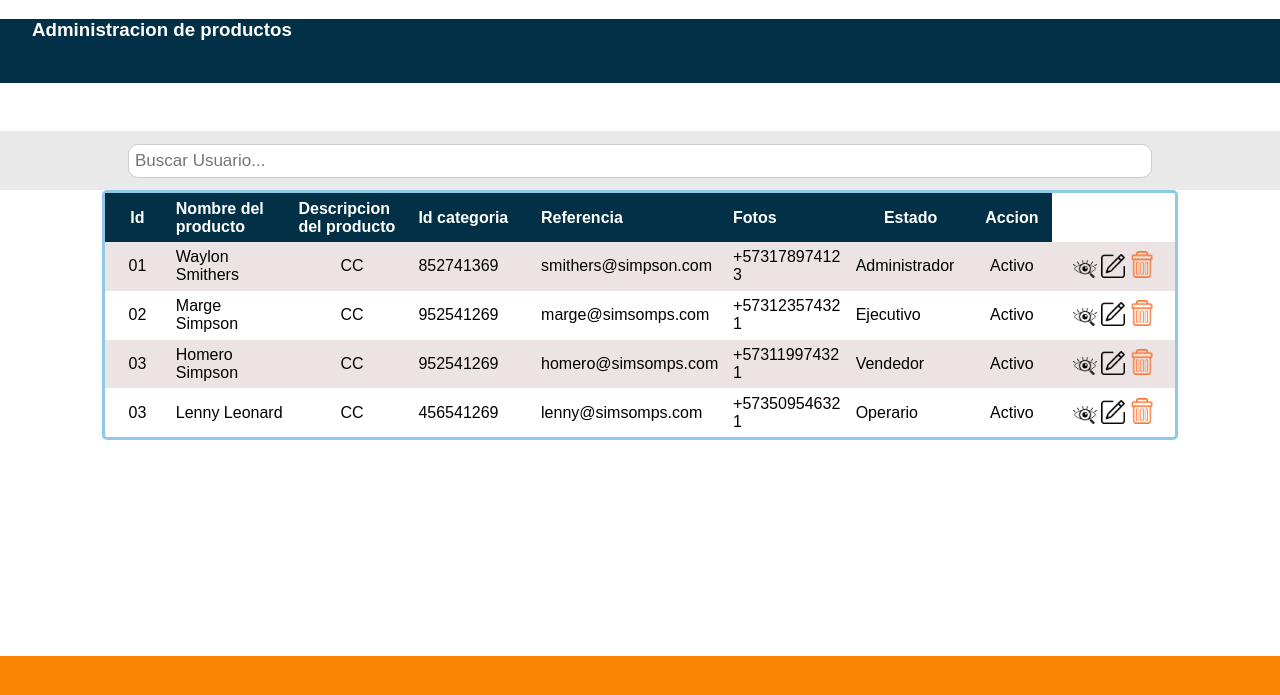
Repository: AlexanderBarona/Proyecto_Ciclo3_Mintic
Page: PaginaWeb/pages/listar_productos.html
The author's editor kept a copy of each file at every save. The page is drawn from the files as they stood at one save, then again after the next save.
The browser window is 1280 px wide. The pictures show the whole page.

Above is the page before, as saved 2021-09-30 15:20:10.

After the next save:
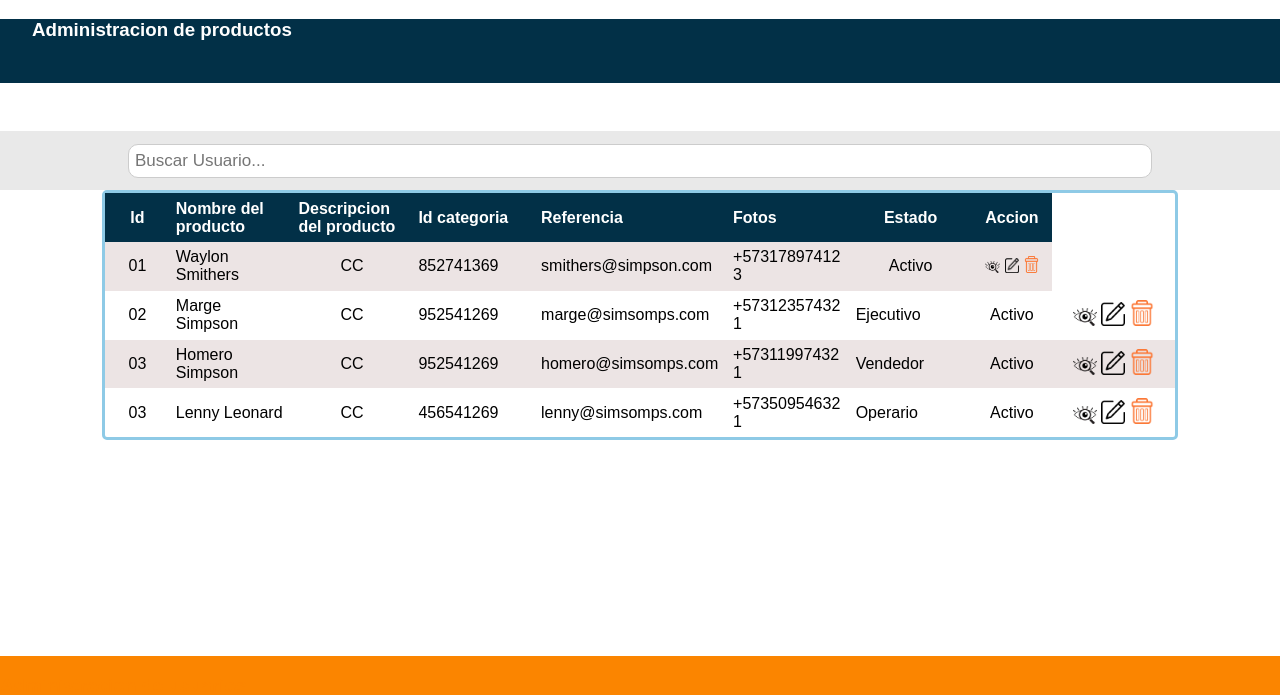
Saved 17 s later.
--- a/PaginaWeb/pages/listar_productos.html
+++ b/PaginaWeb/pages/listar_productos.html
@@ -43,7 +43,7 @@
                     <td class="table_cell">852741369</td>
                     <td class="table_cell">smithers@simpson.com</td>
                     <td class="table_cell">+573178974123</td>
-                    <td class="table_cell">Administrador</td>
+
                     <td class="table_cell center">Activo</td>
                     <td class="table_cell center">
                       <div class="icon_container">
